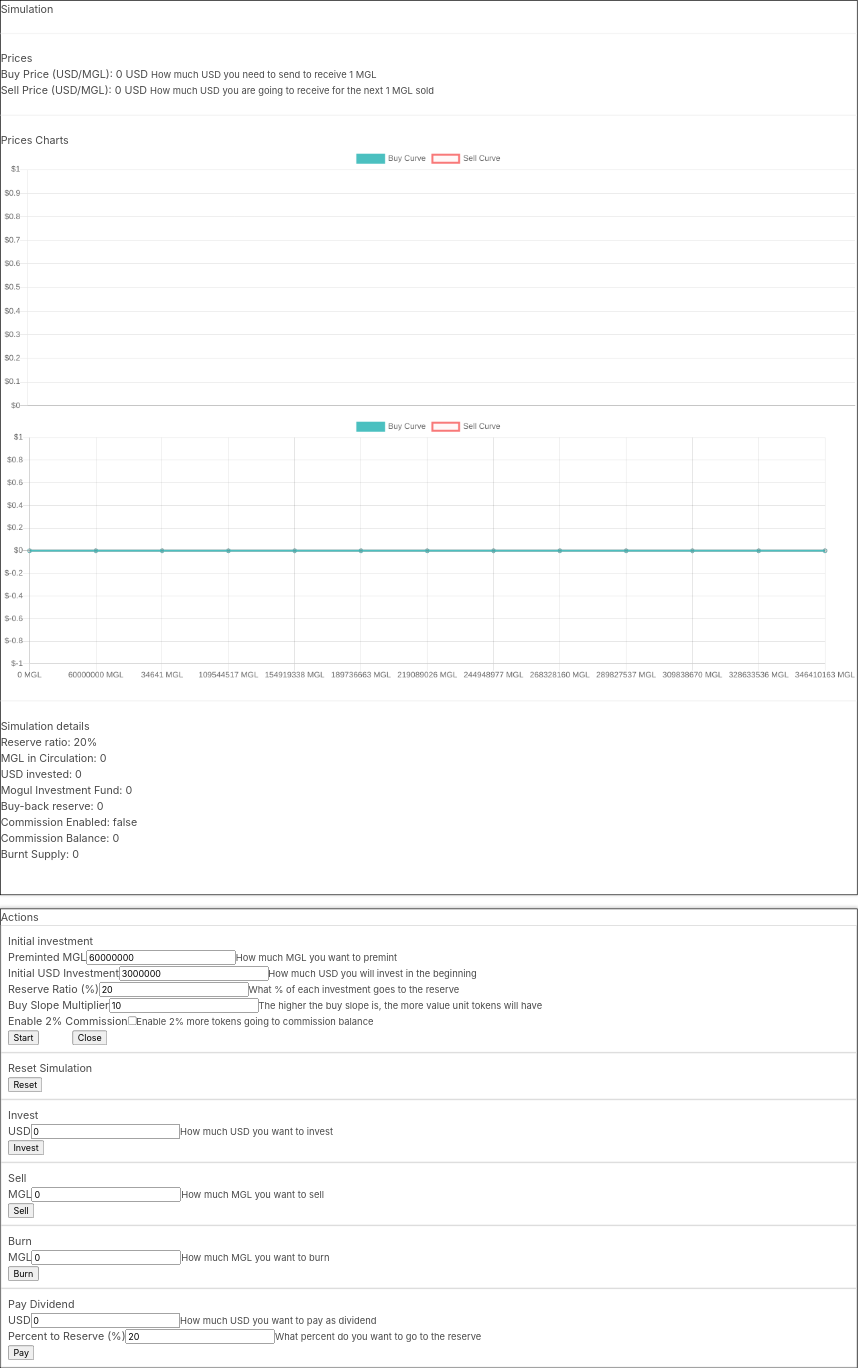
Repository: Fletch153/mogul-simulator
Page: /
An editor plug-in stored every save of this project. The page is shown before and after the next save, followed by the edit.
The browser window is 1280 px wide. The pictures show the whole page, at 67% of full size.
The project was rebuilt for these pictures with package versions that can differ from the ones it lists, and the page was loaded fresh each time.

Above is the page before, as saved 2019-11-27 10:41:33.

### public/index.html
<!DOCTYPE html>
<html lang="en">

<head>
  <meta charset="utf-8">
  <meta http-equiv="X-UA-Compatible" content="IE=edge">
  <meta name="viewport" content="width=device-width,initial-scale=1.0">
  <link rel="icon" href="<%= BASE_URL %>favicon.ico">
  <title>Mogul Continuous Organisation</title>
</head>

<body>
  <noscript>
    <strong>We're sorry but curve-simulator doesn't work properly without JavaScript enabled. Please enable it to continue.</strong>
  </noscript>
  <div id="app"></div>
  <!-- built files will be auto injected -->
</body>

</html>

### src/main.ts
import Vue from 'vue';
import App from './App.vue';
import router from './router';
import store from './store';

import Buefy from "buefy";
import "buefy/dist/buefy.css";

Vue.use(Buefy);

Vue.config.productionTip = false;



new Vue({
  router,
  store,
  render: (h) => h(App),
}).$mount('#app');

### src/views/Home.vue
<template>
  <div class="corg-wrapper container-fluid">
    <Simulator />
  </div>
</template>

<script lang="ts">
import Vue from "vue";
import Simulator from "@/components/Simulator.vue"; // @ is an alias to /src

export default Vue.extend({
  name: "home",
  components: {
    Simulator
  }
});
</script>
<style scoped lang="less">
.corg-wrapper {
  background: #1C1C1B;
  height: 100vh;
  width: 100vw;
}
</style>

### src/components/CurveChart.vue
<script>
import Vue from "vue";
import { Line, mixins } from "vue-chartjs";
const { reactiveProp } = mixins;

export default Vue.extend({
  name: "CurveChart",
  extends: Line,
  mixins: [reactiveProp],
  props: ["options"],
  mounted() {
    this.renderChart(this.chartData, this.options);
  }
});
</script>

<style>
</style>

Loaded but not shown: src/App.vue (common file); src/router.ts (common file); src/store.ts (common file); src/components/Simulator.vue (755 lines, source omitted)

After the next save:
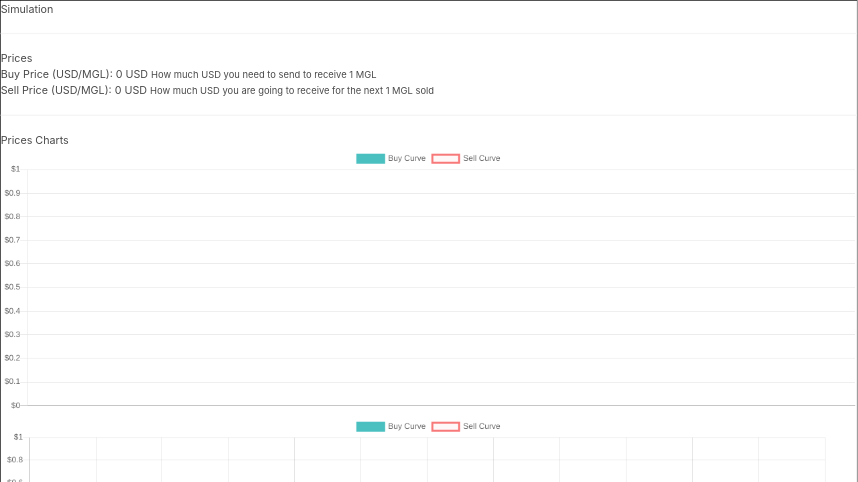
Saved 12 min 58 s later.
--- a/src/views/Home.vue
+++ b/src/views/Home.vue
@@ -19,6 +19,7 @@ export default Vue.extend({
 .corg-wrapper {
   background: #1C1C1B;
   height: 100vh;
-  width: 100vw;
+  width: 100%;
+  overflow: hidden;
 }
 </style>
